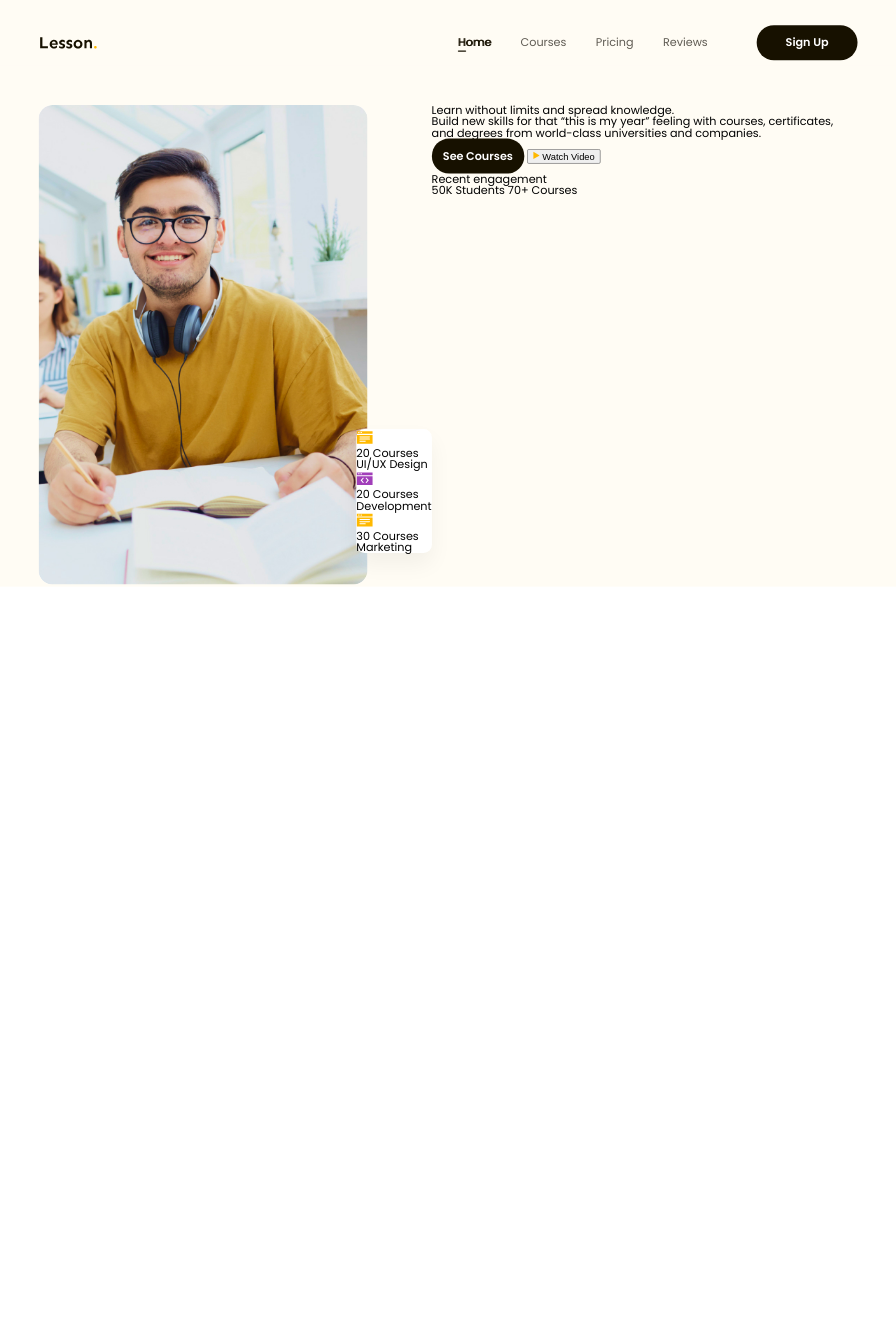
Repository: Tibi2003/f8-htmlcss-02
Page: index.html
These files come from the project's save history. The page is drawn as it stood at one moment and after the next save; the edit follows.
The browser window is 1280 px wide. The pictures show the part of the page from y = 0 to 1920 px (the page is 5000 px tall), at 70% of full size.

Above is the page before, as saved 2024-03-07 09:44:33.

After the next save:
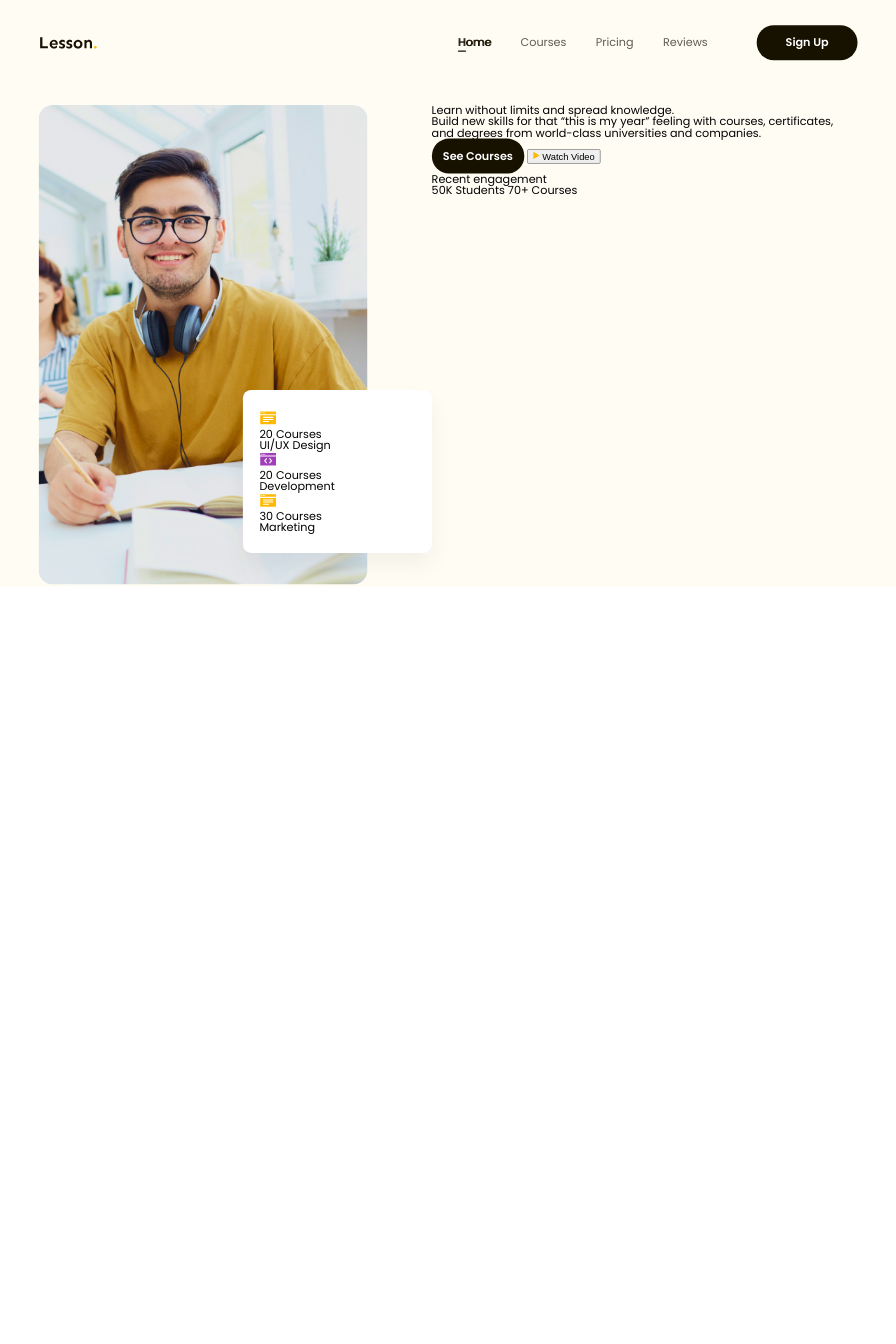
Saved 56 s later.
--- a/assets/css/styles.css
+++ b/assets/css/styles.css
@@ -120,6 +120,8 @@ a {
 	position: absolute;
 	right: 0;
 	bottom: 48px;
+	width: 270px;
+	padding: 28px 24px;
 	border-radius: 12px;
 	background: #fff;
 	box-shadow: 0px 16px 32px 0px rgba(0, 0, 0, 0.05);
